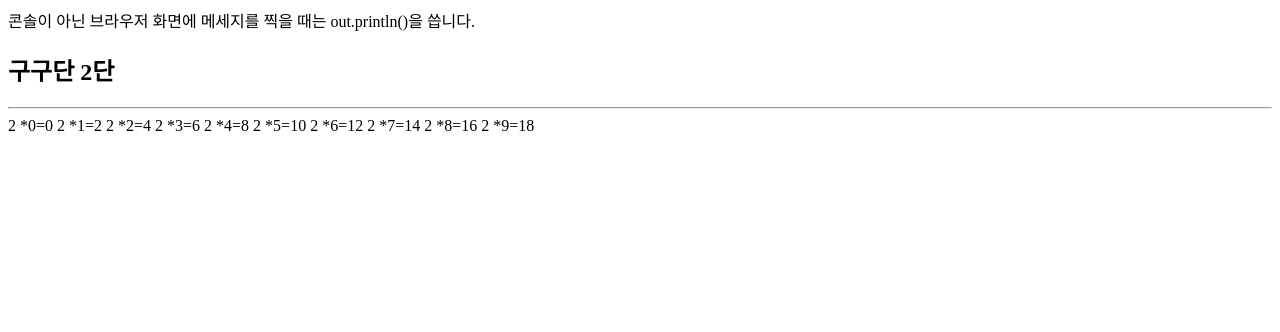
Repository: developedbyssony/JSP
Page: http://localhost/JSPbasic/jsptag/scriptlet.jsp
These files come from the project's save history. The page is drawn as it stood at one moment and after a run of saves; the edit follows.
The browser window is 1280 px wide. The pictures show the whole page.
The page is served by Tomcat 9. Other server files are loaded and not shown.

Above is the page before, as saved 2022-03-22 11:39:32.

### JSPbasic/src/main/webapp/jsptag/scriptlet.jsp
<%@ page language="java" contentType="text/html; charset=UTF-8"
    pageEncoding="UTF-8"%>
<!DOCTYPE html>
<html>
<head>
<meta charset="UTF-8">
<title>Insert title here</title>
</head>
<body>
	<% System.out.println("콘솔에 메세지를 찍을 때는 System.out.println()을 씁니다.");
	out.println("콘솔이 아닌 브라우저 화면에 메세지를 찍을 때는 out.println()을 씁니다.");%>
	<h2>구구단 2단</h2><hr />
	<% for(int i=0; i<10; i++) {
		out.println("2 *" + i + "=" + (i*2));
	} %>
</body>
</html>

After the next 2 saves:
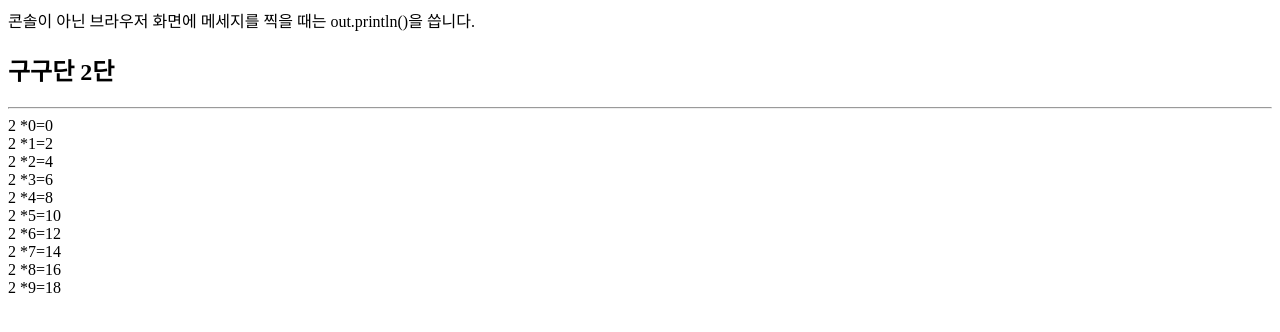
The 2 saves are shown as one change because 1 did not build or start.
The last was saved 61 s later.
--- a/JSPbasic/src/main/webapp/jsptag/scriptlet.jsp
+++ b/JSPbasic/src/main/webapp/jsptag/scriptlet.jsp
@@ -11,7 +11,7 @@
 	out.println("콘솔이 아닌 브라우저 화면에 메세지를 찍을 때는 out.println()을 씁니다.");%>
 	<h2>구구단 2단</h2><hr />
 	<% for(int i=0; i<10; i++) {
-		out.println("2 *" + i + "=" + (i*2));
+		out.println("2 *" + i + "=" + (i*2) + "<br/>");
 	} %>
 </body>
 </html>
